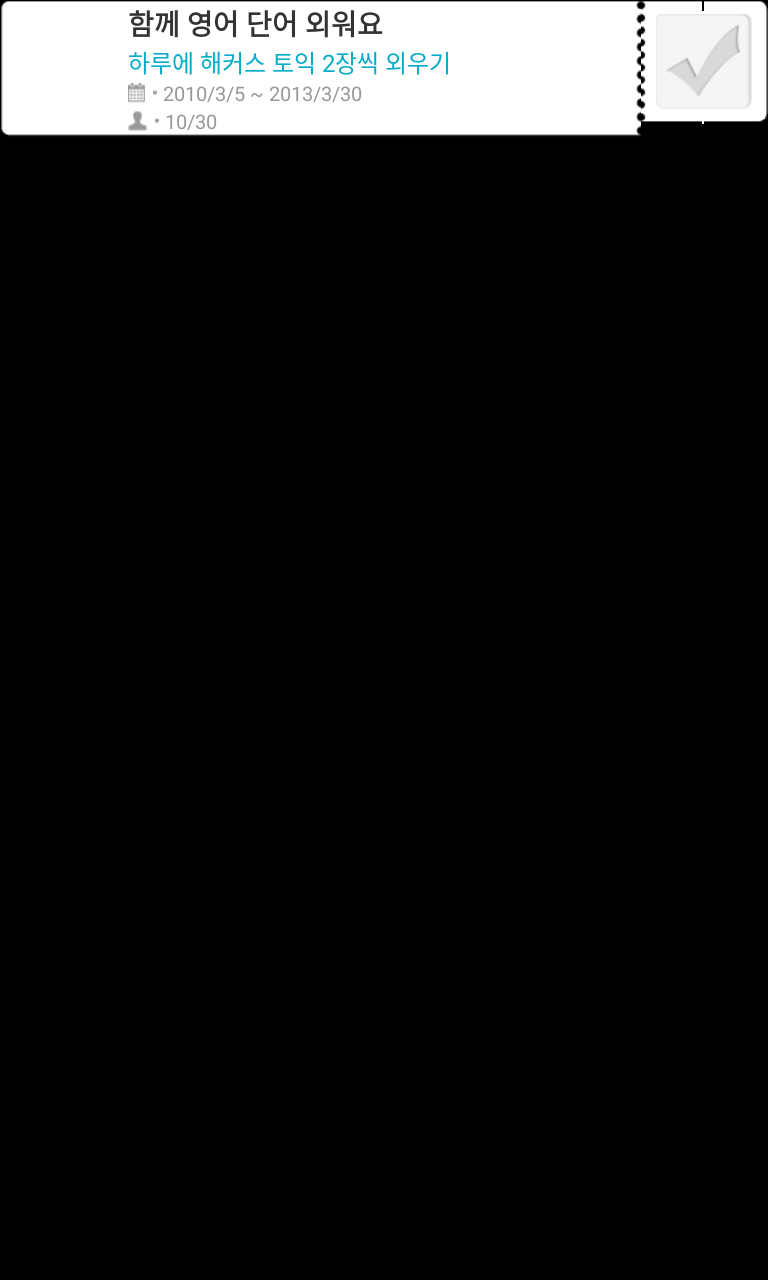
Repository: belhyun/witherest-android
Layout: Witherest/res/layout/mycheck_list_item_row.xml
The author's editor kept a copy of each file at every save. The layout is drawn from the files as they stood at one save, then again after the next save.
It is drawn on a 768 x 1280 px phone screen (xhdpi) without system bars, with theme android:Theme.Holo; the app's code is not run.

Above is the layout before, as saved 2013-07-06 09:35:13.

### Witherest/res/layout/mycheck_list_item_row.xml
<?xml version="1.0" encoding="utf-8"?>
<LinearLayout xmlns:android="http://schemas.android.com/apk/res/android"
    android:layout_width="fill_parent"
    android:layout_height="fill_parent"
    android:paddingTop="0dip"
    android:paddingBottom="0dp" >

    <RelativeLayout
        android:id="@+id/main_contaniner"
        android:layout_width="fill_parent"
        android:layout_height="wrap_content"
        android:clickable="true"
        android:padding="0dp" >

        <RelativeLayout
            android:id="@+id/mycheck_row_left_contaniner"
            android:layout_width="fill_parent"
            android:layout_height="wrap_content"
            android:layout_toLeftOf="@+id/mycheck_row_right_contaniner"
            android:background="@drawable/mycheck_list_row_on_off"
            android:clickable="true"
            android:padding="1dp" >

            <LinearLayout
                android:id="@+id/mycheck_row_thumbnail"
                android:layout_width="wrap_content"
                android:layout_height="wrap_content"
                android:layout_alignParentLeft="true"
                android:layout_centerVertical="true"
                android:layout_marginRight="5dip"
                android:gravity="center" >

                <ImageView
                    android:id="@+id/list_image"
                    android:layout_width="50dip"
                    android:layout_height="50dip"
                    android:layout_marginLeft="3dp"
                    android:layout_marginRight="5dp"
                     />
            </LinearLayout>

            <TextView
                android:id="@+id/mycheck_room_title_textview"
                android:layout_width="fill_parent"
                android:layout_height="wrap_content"
                android:layout_alignTop="@id/mycheck_row_thumbnail"
                android:layout_toRightOf="@id/mycheck_row_thumbnail"
                android:text="함께 영어 단어 외워요"
                android:textColor="#333333"
                android:textSize="14sp"
                android:textStyle="bold"
                />

            <TextView
                android:id="@+id/mycheck_room_purpose_textview"
                android:layout_width="fill_parent"
                android:layout_height="wrap_content"
                android:layout_below="@id/mycheck_room_title_textview"
                android:layout_toRightOf="@id/mycheck_row_thumbnail"
                android:ellipsize="end"
                android:maxLines="1"
                android:text="하루에 해커스 토익 2장씩 외우기"
                android:textColor="#07ACCA"
                android:textSize="12sp" />

            <LinearLayout
                android:id="@+id/mycheck_term_container"
                android:layout_width="fill_parent"
                android:layout_height="wrap_content"
                android:layout_alignParentRight="false"
                android:layout_below="@id/mycheck_room_purpose_textview"
                android:layout_toRightOf="@id/mycheck_row_thumbnail"
                android:gravity="center_vertical"
                android:orientation="horizontal" >

                <ImageView
                    android:layout_width="wrap_content"
                    android:layout_height="wrap_content"
                    android:src="@drawable/main_date_icon_bg" />

                <ImageView
                    android:layout_width="wrap_content"
                    android:layout_height="wrap_content"
                    android:layout_marginLeft="4dp"
                    android:layout_marginRight="3dp"
                    android:src="@drawable/main_dot_bg" />

                <TextView
                    android:id="@+id/mycheck_room_team_textview"
                    android:layout_width="fill_parent"
                    android:layout_height="wrap_content"
                    android:ellipsize="end"
                    android:maxLines="1"
                    android:text="2010/3/5 ~ 2013/3/30"
                    android:textColor="#999999"
                    android:textSize="10sp" />
            </LinearLayout>

            <LinearLayout
                android:layout_width="fill_parent"
                android:layout_height="wrap_content"
                android:layout_alignParentRight="false"
                android:layout_below="@id/mycheck_term_container"
                android:layout_toRightOf="@id/mycheck_row_thumbnail"
                android:gravity="center_vertical"
                android:orientation="horizontal" >

                <ImageView
                    android:layout_width="wrap_content"
                    android:layout_height="wrap_content"
                    android:src="@drawable/main_people_icon_bg" />

                <ImageView
                    android:layout_width="wrap_content"
                    android:layout_height="wrap_content"
                    android:layout_marginLeft="4dp"
                    android:layout_marginRight="3dp"
                    android:src="@drawable/main_dot_bg" />

                <TextView
                    android:id="@+id/mycheck_room_joincount_textview"
                    android:layout_width="fill_parent"
                    android:layout_height="wrap_content"
                    android:ellipsize="end"
                    android:maxLines="1"
                    android:text="10/30"
                    android:textColor="#999999"
                    android:textSize="10sp" />
            </LinearLayout>
        </RelativeLayout>

        <RelativeLayout
            android:id="@id/mycheck_row_right_contaniner"
            android:layout_width="wrap_content"
            android:layout_height="62dp"
            android:layout_alignParentRight="true"
            android:layout_alignParentTop="true"
            android:background="@drawable/main_checkbutton_bg2"
            android:gravity="center"
            android:padding="3dp" >

            <CheckBox
                android:id="@+id/mycheck_check_btn"
                android:layout_width="wrap_content"
                android:layout_height="wrap_content"
                android:background="@drawable/mycheck_check_button_of_off"
                android:button="@drawable/checkbox_bg" />
        </RelativeLayout>


    </RelativeLayout>

     <TextView
            android:id="@+id/alramtime_badge"
            android:layout_width="wrap_content"
            android:layout_height="wrap_content"
            android:layout_alignLeft="@id/main_contaniner"
            android:layout_alignTop="@id/main_contaniner"
            android:background="@drawable/alarm_notice_bg"
            android:gravity="center_horizontal|center_vertical"
            android:textColor="#000000"
            android:textSize = "10sp"
     		android:paddingBottom="4dp"
     		android:paddingLeft = "8dp"
            android:minWidth="25dp"
            android:text="12:39"
             />

    <TextView
            android:id="@+id/mycheck_badge"
            android:layout_width="wrap_content"
            android:layout_height="17dp"
            android:layout_alignRight="@id/main_contaniner"
            android:layout_alignTop="@id/main_contaniner"
            android:background="@drawable/main_checknumber_bg"
            android:padding="0dp"
            android:gravity="center_vertical|center_horizontal"
            android:textColor="#ffffff"
            android:textSize = "12sp"
            android:textStyle="bold"
            android:paddingBottom="20dp"
            android:minWidth="25dp"
            android:text="12"
             />

</LinearLayout>

### Witherest/res/drawable/mycheck_list_row_on_off.xml
<?xml version="1.0" encoding="utf-8"?>
<selector xmlns:android="http://schemas.android.com/apk/res/android">

    <item android:drawable="@drawable/main_checkinformation_btn_off2" android:state_pressed="false" android:state_selected="false"/>
    <item android:drawable="@drawable/main_checkinformation_btn_on2" android:state_pressed="true"/>
    <item android:drawable="@drawable/main_checkinformation_btn_on2" android:state_pressed="false" android:state_selected="true"/>

</selector>

### Witherest/res/drawable/mycheck_check_button_of_off.xml
<?xml version="1.0" encoding="utf-8"?>
<selector
	xmlns:android="http://schemas.android.com/apk/res/android">
    <item
    	android:state_checked="true"
    	android:drawable="@drawable/main_checkbu_btn_on"/>
    <item
    	android:drawable="@drawable/main_checkbu_btn_off"/>
</selector>

### Witherest/res/drawable/checkbox_bg.xml
<?xml version="1.0" encoding="utf-8"?>
<shape xmlns:android="http://schemas.android.com/apk/res/android" >
    <solid android:color="#00ffffff"/>
</shape>

After the next save:
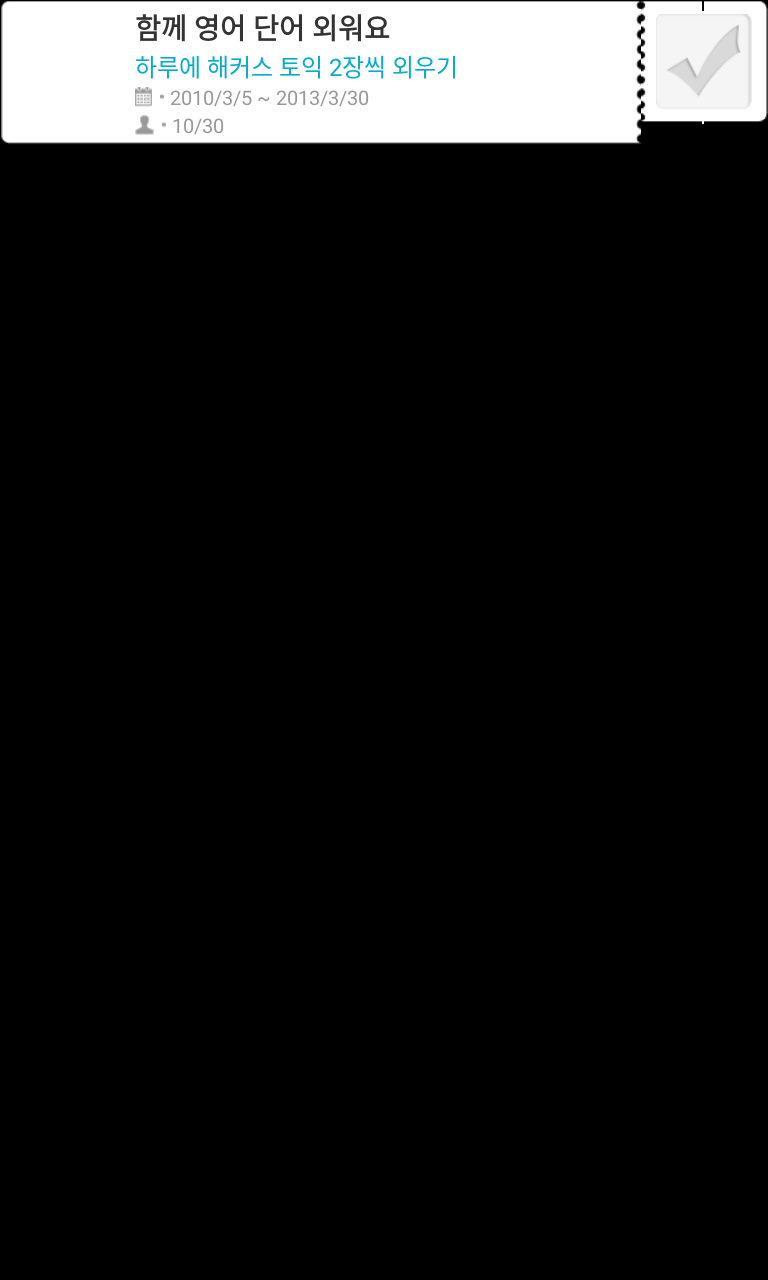
Saved 58 s later.
--- a/Witherest/res/layout/mycheck_list_item_row.xml
+++ b/Witherest/res/layout/mycheck_list_item_row.xml
@@ -19,7 +19,8 @@
             android:layout_toLeftOf="@+id/mycheck_row_right_contaniner"
             android:background="@drawable/mycheck_list_row_on_off"
             android:clickable="true"
-            android:padding="1dp" >
+            android:paddingBottom="3dp"
+            android:paddingTop="3dp" >
 
             <LinearLayout
                 android:id="@+id/mycheck_row_thumbnail"
